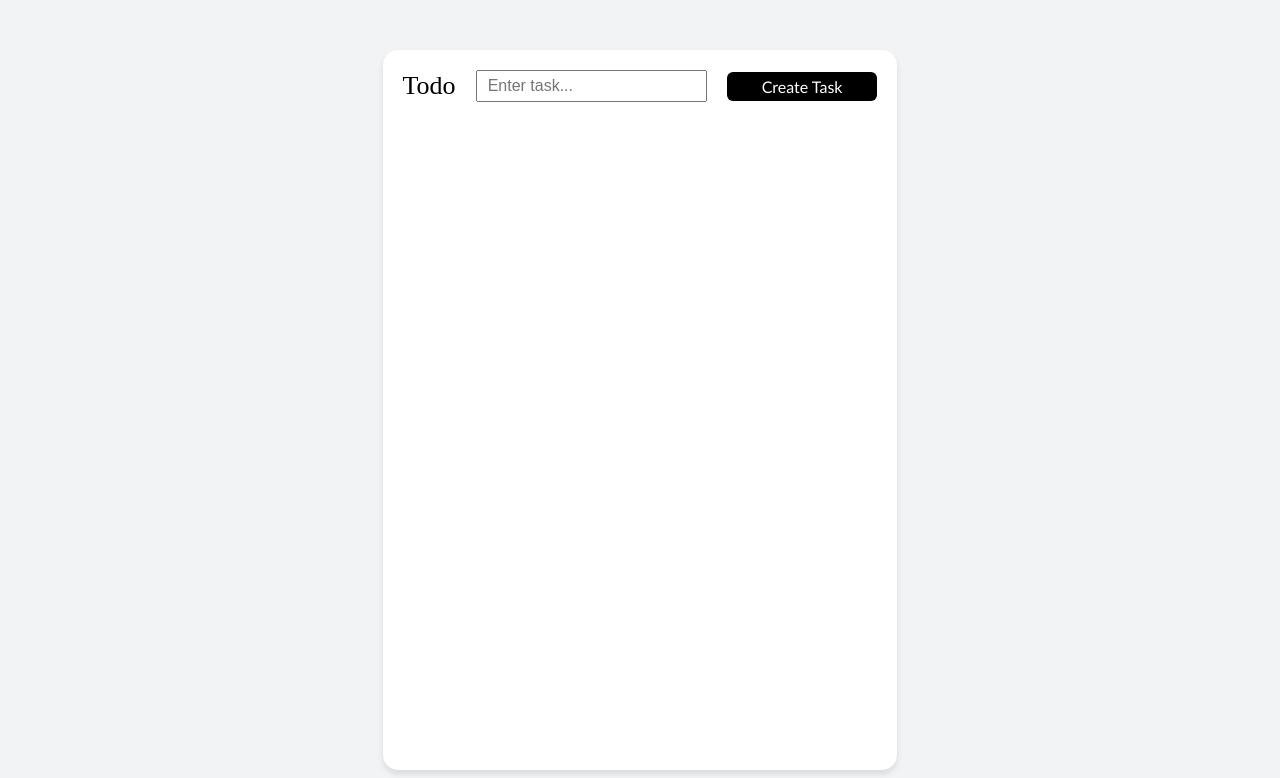
Repository: pawvan/todo_app
Page: markup/tod.html
The author's editor kept a copy of each file at every save. The page is drawn from the files as they stood at one save, then again after a run of saves.
The browser window is 1280 px wide. The pictures show the whole page.

Above is the page before, as saved 2025-01-12 01:18:18.

After the next 5 saves:
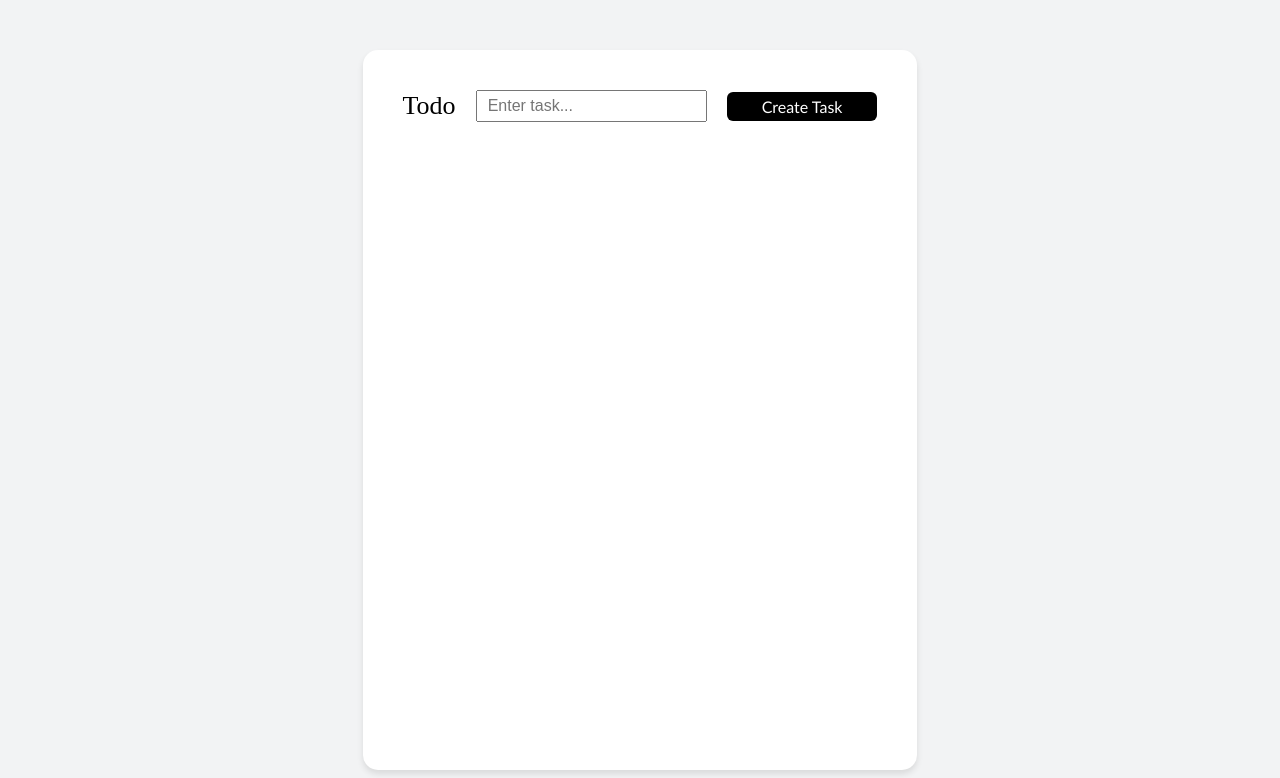
The 5 saves are shown as one change because they came seconds apart.
The last was saved 59 s later.
--- a/styles/todo.css
+++ b/styles/todo.css
@@ -13,23 +13,11 @@ body {
     margin: 20px;
 }
 
-li {
-    border-radius: 15px;
-   border-width:15px;
-   border-color: aqua;
-    display: flex;
-    flex-direction: row;
-    align-items: flex-start;
-    gap: 10px;
-    justify-content: space-between;
-    margin: 20px;
-    padding: 20px;
-}
-
 .todo-container {
     background-color: white;
     border-radius: 15px;
     box-shadow: 0 4px 6px rgba(0, 0, 0, 0.1);
+    padding: 20px;
 }
 
 #task-list {
@@ -81,19 +69,37 @@ li {
     text-decoration: line-through;
 }
 
-.radio-wrapper {
+.wrapper-check {
+    display: inline-flex;
+    align-items: center;
+    justify-content: center;
+    padding: 5px;
+    width: 35px;
+    height: 35px;
+    border-radius: 50%;
+    border: 2px solid #ccc;
+    transition: all 0.3s ease;
+}
+
+.wrapper-check input[type="checkbox"] {
     width: 20px;
     height: 20px;
     border-radius: 50%;
-    display: inline-block;
-    position: relative;
-    margin-right: 10px;
-    border: 2px solid #333;
 }
-.wrapperCheck{
-    width: 29px;
-    padding: 5px;
-    border-width: 2px;
-    height: 29px;
-    border-radius:50%
+
+.wrapper-check:hover {
+    border-color: #0099cc;
+    background-color: rgba(0, 153, 204, 0.1);
 }
+
+/* Task item styling */
+li {
+    display: flex;
+    align-items: center;
+    justify-content: space-between;
+    margin: 15px 0;
+    padding: 10px;
+    background-color: #f9f9f9;
+    border-radius: 10px;
+    border: 1px solid #ddd;
+}
